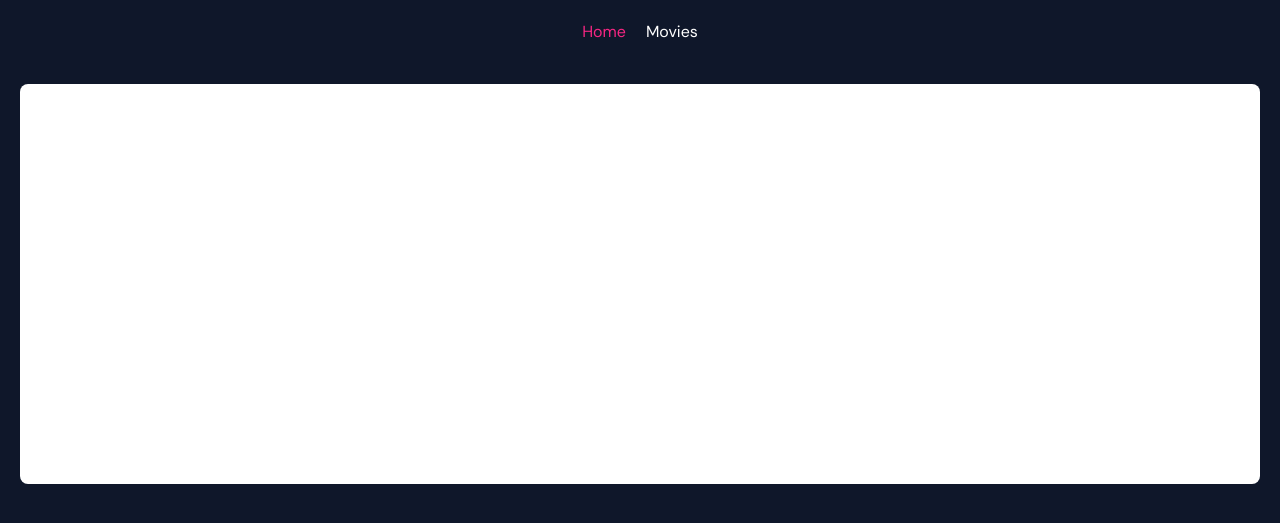
Repository: hoang0508/React-Simplep-Movie
Page: /
These files come from the project's save history. The page is drawn as it stood at one moment and after the next save; the edit follows.
The browser window is 1280 px wide. The pictures show the whole page.
The project was rebuilt for these pictures with package versions that can differ from the ones it lists, and the page was loaded fresh each time.

Above is the page before, as saved 2022-03-12 09:22:38.

### public/index.html
<!DOCTYPE html>
<html lang="en">
  <head>
    <meta charset="utf-8" />
    <link rel="icon" href="%PUBLIC_URL%/favicon.ico" />
    <meta name="viewport" content="width=device-width, initial-scale=1" />
    <meta name="theme-color" content="#000000" />
    <meta
      name="description"
      content="Web site created using create-react-app"
    />
    <link rel="apple-touch-icon" href="%PUBLIC_URL%/logo192.png" />
    <!--
      manifest.json provides metadata used when your web app is installed on a
      user's mobile device or desktop. See https://developers.google.com/web/fundamentals/web-app-manifest/
    -->
    <link rel="manifest" href="%PUBLIC_URL%/manifest.json" />
    <!--
      Notice the use of %PUBLIC_URL% in the tags above.
      It will be replaced with the URL of the `public` folder during the build.
      Only files inside the `public` folder can be referenced from the HTML.

      Unlike "/favicon.ico" or "favicon.ico", "%PUBLIC_URL%/favicon.ico" will
      work correctly both with client-side routing and a non-root public URL.
      Learn how to configure a non-root public URL by running `npm run build`.
    -->
    <title>React App</title>
    <link rel="preconnect" href="https://fonts.googleapis.com" />
    <link rel="preconnect" href="https://fonts.gstatic.com" crossorigin />
    <link
      href="https://fonts.googleapis.com/css2?family=DM+Sans:wght@400;500;700&display=swap"
      rel="stylesheet"
    />
  </head>
  <body>
    <noscript>You need to enable JavaScript to run this app.</noscript>
    <div id="root"></div>
    <!--
      This HTML file is a template.
      If you open it directly in the browser, you will see an empty page.

      You can add webfonts, meta tags, or analytics to this file.
      The build step will place the bundled scripts into the <body> tag.

      To begin the development, run `npm start` or `yarn start`.
      To create a production bundle, use `npm run build` or `yarn build`.
    -->
  </body>
</html>

### src/index.js
import React from "react";
import ReactDOM from "react-dom";
import "./index.scss";
import App from "./App";
import reportWebVitals from "./reportWebVitals";
import {} from "react-router-dom";
ReactDOM.render(
  <React.StrictMode>
    <App />
  </React.StrictMode>,
  document.getElementById("root")
);

// If you want to start measuring performance in your app, pass a function
// to log results (for example: reportWebVitals(console.log))
// or send to an analytics endpoint. Learn more: https://bit.ly/CRA-vitals
reportWebVitals();

### src/index.scss
@tailwind base;
@tailwind components;
@tailwind utilities;

@layer base {
  body {
    @apply bg-slate-900 font-body p-5;
  }
}

@layer components {
  .page-container {
    max-width: 1280px;
    margin-left: auto;
    margin-right: auto;
  }
}

### src/App.js
function App() {
  return (
    <>
      <header className="header flex items-center justify-center gap-x-5 text-white mb-10">
        <span className="text-primary">Home</span>
        <span>Movies</span>
      </header>
      <section className="banner h-[400px] page-container">
        <div className="w-full h-full rounded-lg bg-white"></div>
      </section>
    </>
  );
}

export default App;

### tailwind.config.js
module.exports = {
  content: ["./src/**/*.{js,jsx,ts,tsx}"],
  theme: {
    extend: {
      fontFamily: {
        body: ["DM Sans", "san-serif"],
      },
      colors: {
        primary: "#F62682",
      },
    },
  },
  plugins: [],
};

Loaded but not shown: src/reportWebVitals.js (common file)

After the next save:
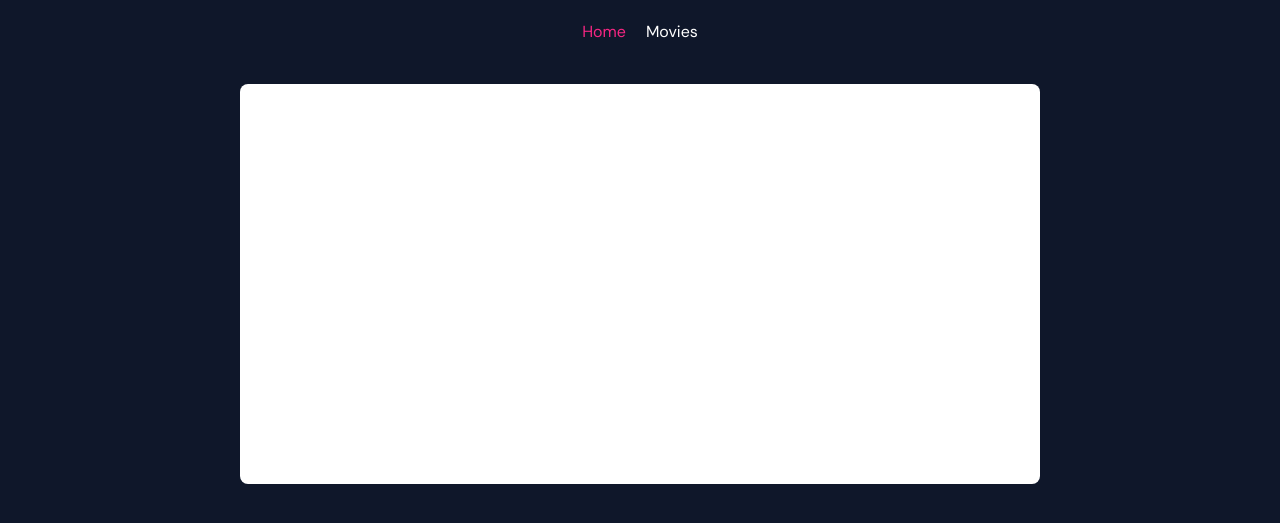
Saved 3 s later.
--- a/src/index.scss
+++ b/src/index.scss
@@ -10,7 +10,7 @@
 
 @layer components {
   .page-container {
-    max-width: 1280px;
+    max-width: 800px;
     margin-left: auto;
     margin-right: auto;
   }
